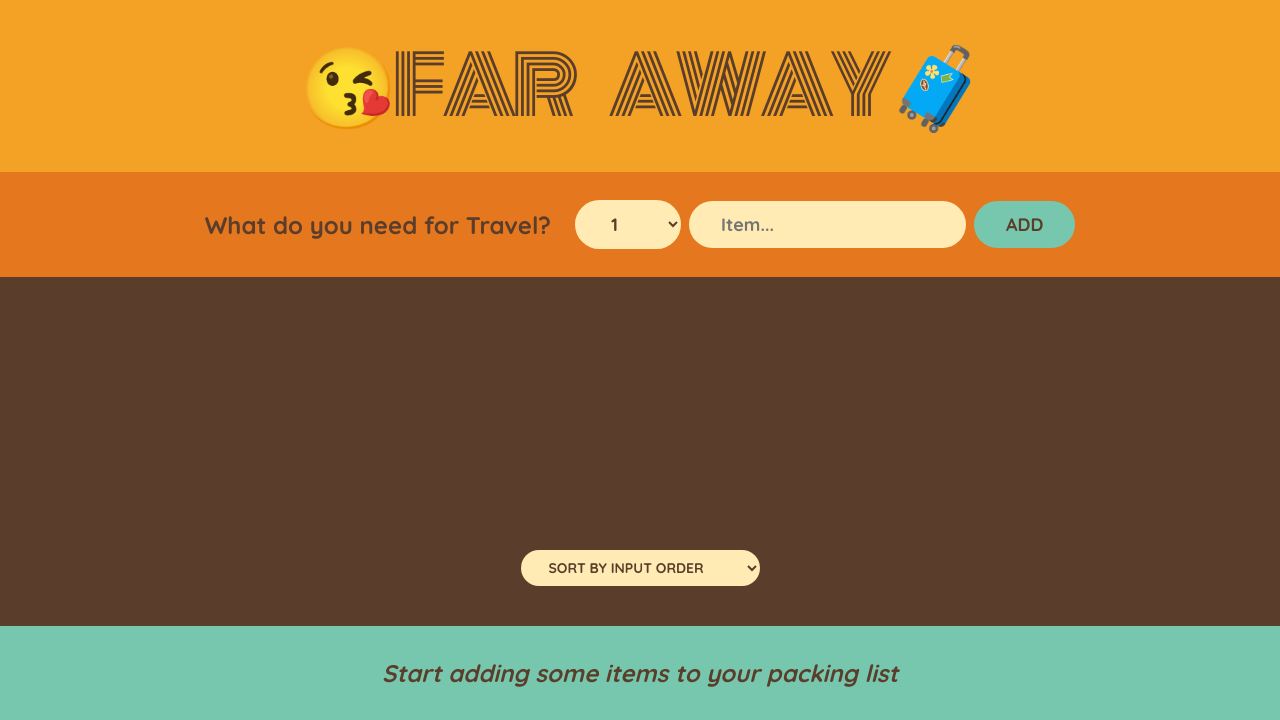
Repository: masamichan/Travel-list
Page: /
These files come from the project's save history. The page is drawn as it stood at one moment and after the next save; the edit follows.
The browser window is 1280 px wide. The pictures show the whole page.
The project was rebuilt for these pictures with package versions that can differ from the ones it lists, and the page was loaded fresh each time.

Above is the page before, as saved 2024-01-06 14:02:29.

### src/App.js
import { useState } from "react";

export default function App() {
  const [items, setItems] = useState([]);

  function handleAddItems(item) {
    setItems((items) => [...items, item]);
  }

  function handleDelete(id) {
    setItems((items) => items.filter((item) => item.id !== id));
  }

  function handleToggleItem(id) {
    setItems((items) =>
      items.map((item) =>
        item.id === id ? { ...item, packed: !item.packed } : item
      )
    );
  }

  function handleClearList() {
    setItems([]);
  }

  return (
    <div className="app">
      <Logo />
      <Form onAddItems={handleAddItems} />
      <PackingList
        items={items}
        onDeleteItem={handleDelete}
        onToggleItem={handleToggleItem}
        onClearList={handleClearList}
      />
      <Stats items={items} />
    </div>
  );
}

function Logo() {
  return <h1>😘Far Away🧳</h1>;
}

function Form({ onAddItems }) {
  const [description, setDescription] = useState("");
  const [quantity, setQuantity] = useState(1);

  function handleSubmit(e) {
    e.preventDefault();

    if (!description) return;

    const newItem = { description, quantity, packed: false, id: Date.now() };

    onAddItems(newItem);
    setDescription("");
    setQuantity(1);
  }

  return (
    <form className="add-form" onSubmit={handleSubmit}>
      <h3>What do you need for Travel?</h3>
      <select
        value={quantity}
        onChange={(e) => setQuantity(Number(e.target.value))}
      >
        {Array.from({ length: 20 }, (_, i) => i + 1).map((num) => (
          <option value={num} key={num}>
            {num}
          </option>
        ))}
      </select>
      <input
        type="text"
        placeholder="Item..."
        value={description}
        onChange={(e) => setDescription(e.target.value)}
      />
      <button>Add</button>
    </form>
  );
}

function PackingList({ items, onDeleteItem, onToggleItem }) {
  const [sortBy, setSortBy] = useState("input");
  let sortedItems;

  if (sortBy === "input") sortedItems = items;

  if (sortBy === "description")
    sortedItems = items
      .slice()
      .sort((a, b) => a.description.localCompare(b.description));

  if (sortBy == "packed")
    sortedItems = items
      .slice()
      .sort((a, b) => Number(a.packed) - Number(b.packed));

  return (
    <div className="list">
      <ul>
        {sortedItems.map((item) => (
          <Item
            item={item}
            onDeleteItem={onDeleteItem}
            onToggleItem={onToggleItem}
            key={item.id}
          />
        ))}
      </ul>
      <div className="actions">
        <select>
          <option value={sortBy} onChange={(e) => setSortBy(e.target.value)}>
            Sort by input order
          </option>
          <option value="description"> Sort by description</option>
          <option value="packed">Sort by packed status</option>
        </select>
      </div>
    </div>
  );
}

function Item({ item, onDeleteItem, onToggleItem }) {
  return (
    <li>
      <input
        type="checkbox"
        value={item.checked}
        onChange={() => onToggleItem(item.id)}
      />
      <span style={item.packed ? { textDecoration: "line-through" } : {}}>
        {item.quantity}
        {item.description}
      </span>
      <button onClick={() => onDeleteItem(item.id)}>❌</button>
    </li>
  );
}

function Stats({ items }) {
  if (!items.length)
    return (
      <p className="stats">
        <em>Start adding some items to your packing list</em>
      </p>
    );

  const numItems = items.length;
  const numPacked = items.filter((item) => item.packed).length;
  const percentage = Math.round((numPacked / numItems) * 100);

  return (
    <footer className="stats">
      <em>
        {percentage === 100
          ? "You got everything ! Ready to go ✈️"
          : `🧳 You have ${numItems} items on your list, and you already packed
        ${numPacked} (${percentage}%)`}
      </em>
    </footer>
  );
}

Loaded but not shown: public/index.html (common file); src/index.js (common file); src/index.css (common file)

After the next save:
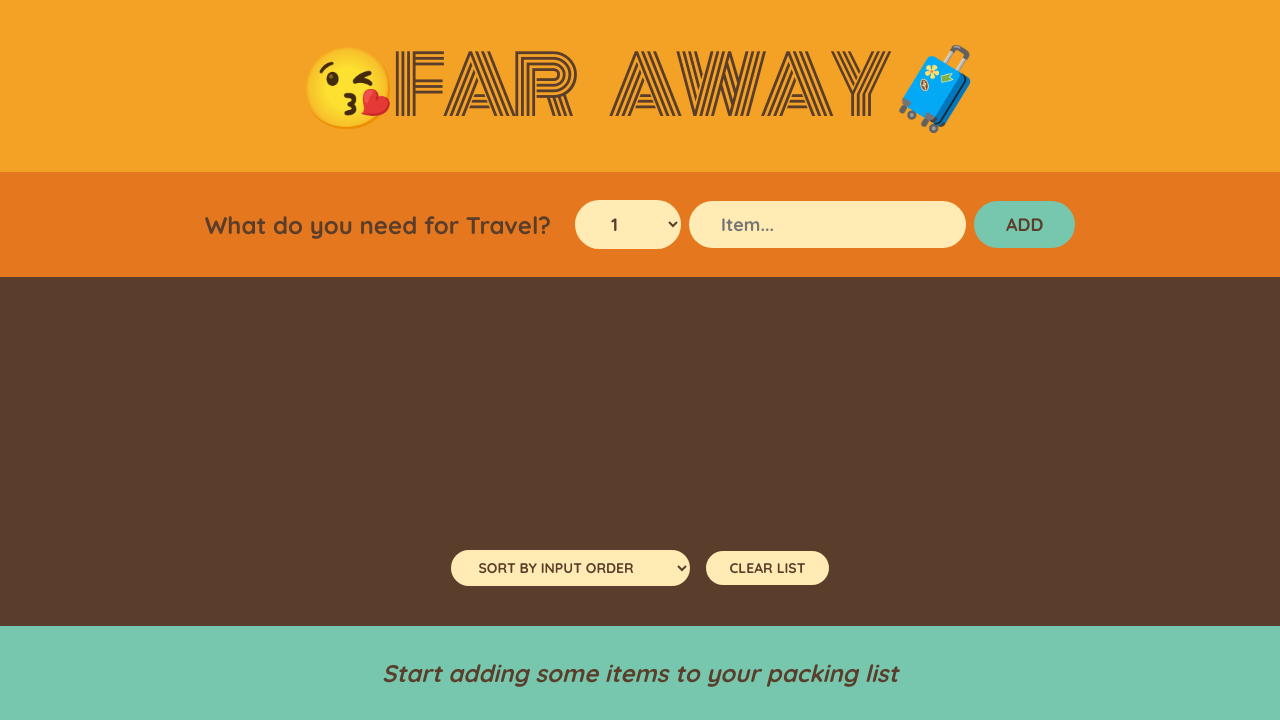
Saved 3 min 6 s later.
--- a/src/App.js
+++ b/src/App.js
@@ -82,7 +82,7 @@
   );
 }
 
-function PackingList({ items, onDeleteItem, onToggleItem }) {
+function PackingList({ items, onDeleteItem, onToggleItem, onClearList }) {
   const [sortBy, setSortBy] = useState("input");
   let sortedItems;
 
@@ -118,6 +118,7 @@
           <option value="description"> Sort by description</option>
           <option value="packed">Sort by packed status</option>
         </select>
+        <button onClick={onClearList}>Clear List</button>
       </div>
     </div>
   );
